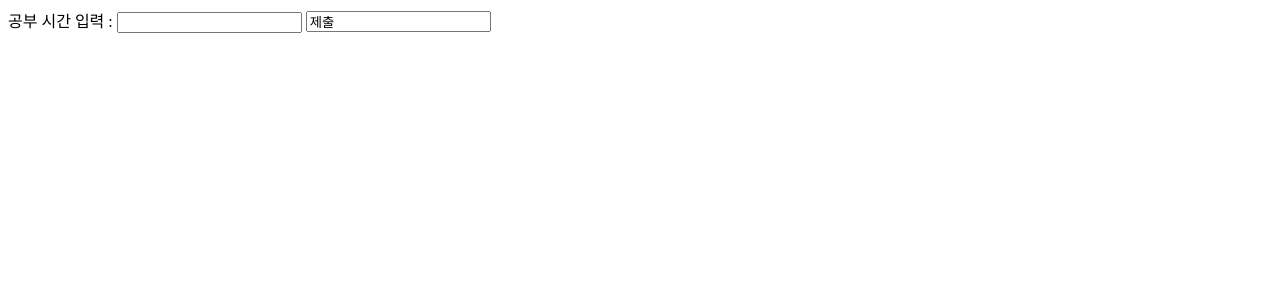
Repository: daelong/JavaStudy
Page: webproject/WebContent/SalaryInput.html
The author's editor kept a copy of each file at every save. The page is drawn from the files as they stood at one save, then again after the next save.
The browser window is 1280 px wide. The pictures show the whole page.

Above is the page before, as saved 2019-04-02 10:42:03.

After the next save:
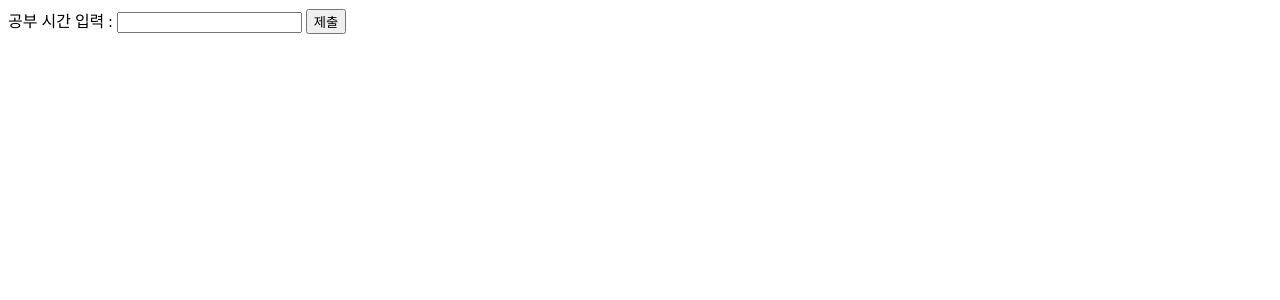
Saved 30 s later.
--- a/webproject/WebContent/SalaryInput.html
+++ b/webproject/WebContent/SalaryInput.html
@@ -7,7 +7,7 @@
 <body>
 	<form action=/webproject/SalaryServlet>
 		공부 시간 입력 : <input type=text name=TIME>
-		<input type=text value='제출'>
+		<input type=submit value='제출'>
 	</form>
 </body>
 </html>
